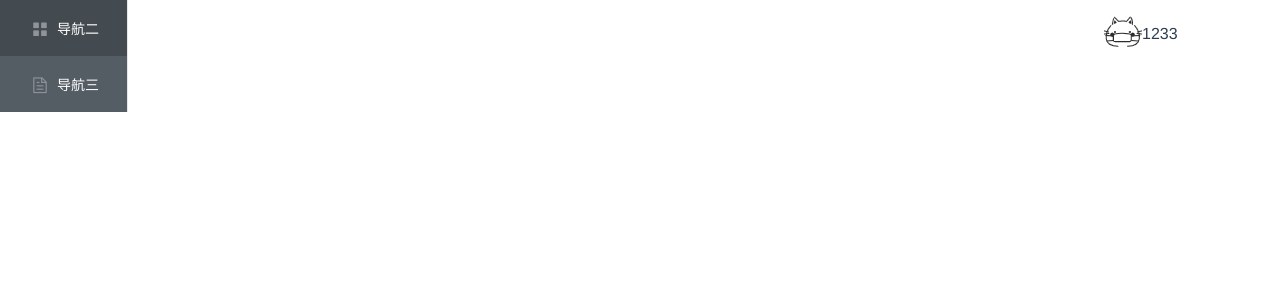
Repository: faintout/backMng
Page: / (app in backmng/)
These files come from the project's save history. The page is drawn as it stood at one moment and after the next save; the edit follows.
The browser window is 1280 px wide. The pictures show the whole page.
The project was rebuilt for these pictures with package versions that can differ from the ones it lists, and the page was loaded fresh each time. Also part of the build but not shown: backmng/vue.config.js.

Above is the page before, as saved 2020-12-30 15:26:20.

After the next save:
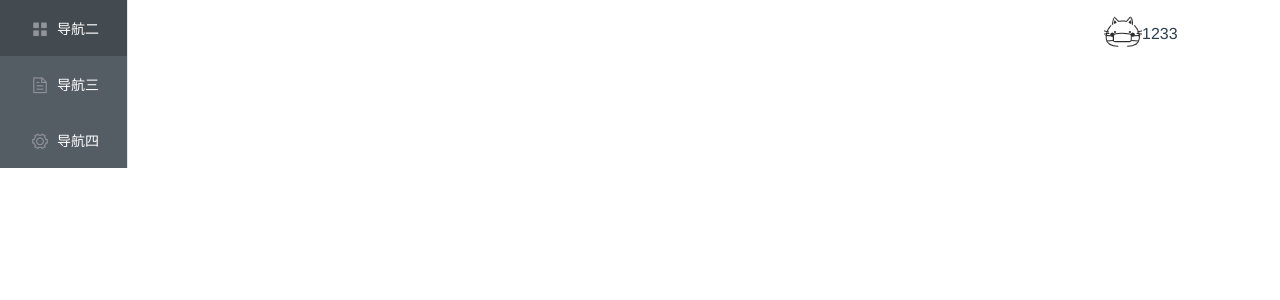
Saved 26 s later.
--- a/backmng/src/views/layout.vue
+++ b/backmng/src/views/layout.vue
@@ -5,13 +5,17 @@
             <el-row class="tac">
                 <el-col :span="12">
                     <el-menu default-active="1" router class="el-menu-vertical-demo" @open="handleOpen" @close="handleClose" background-color="#545c64" text-color="#fff" active-text-color="#ffd04b" :collapse="isCollapse">
-                        <el-menu-item index="/add">
+                        <el-menu-item index="/_index">
                             <i class="el-icon-menu"></i>
                             <span slot="title">导航二</span>
                         </el-menu-item>
                         <el-menu-item index="/list" >
                             <i class="el-icon-document"></i>
                             <span slot="title">导航三</span>
+                        </el-menu-item>
+                        <el-menu-item index="3">
+                            <i class="el-icon-setting"></i>
+                            <span slot="title">导航四</span>
                         </el-menu-item>
                     </el-menu>
                 </el-col>
